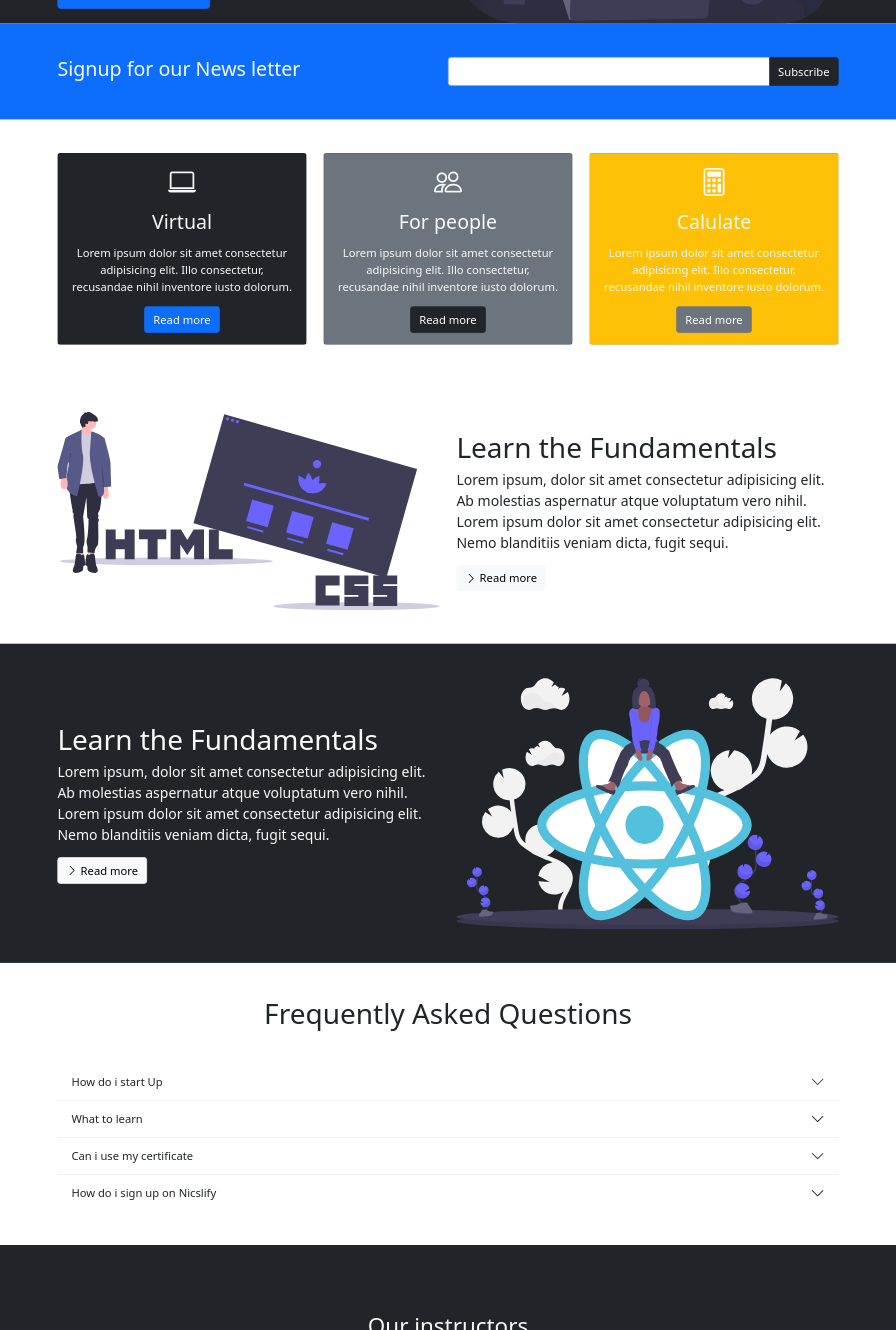
Repository: Eugene44-hub/enrollment-site
Page: index.html
These files come from the project's save history. The page is drawn as it stood at one moment and after the next save; the edit follows.
The browser window is 1280 px wide. The pictures show the part of the page from y = 382 to 2282 px (the page is 2751 px tall before and 2703 px after), at 70% of full size.
A picture or video elsewhere on the page could not be fetched, so the positions and the page height are approximate. Some web libraries are served in a nearby version.

Above is the page before, as saved 2021-10-21 02:09:45.

After the next save:
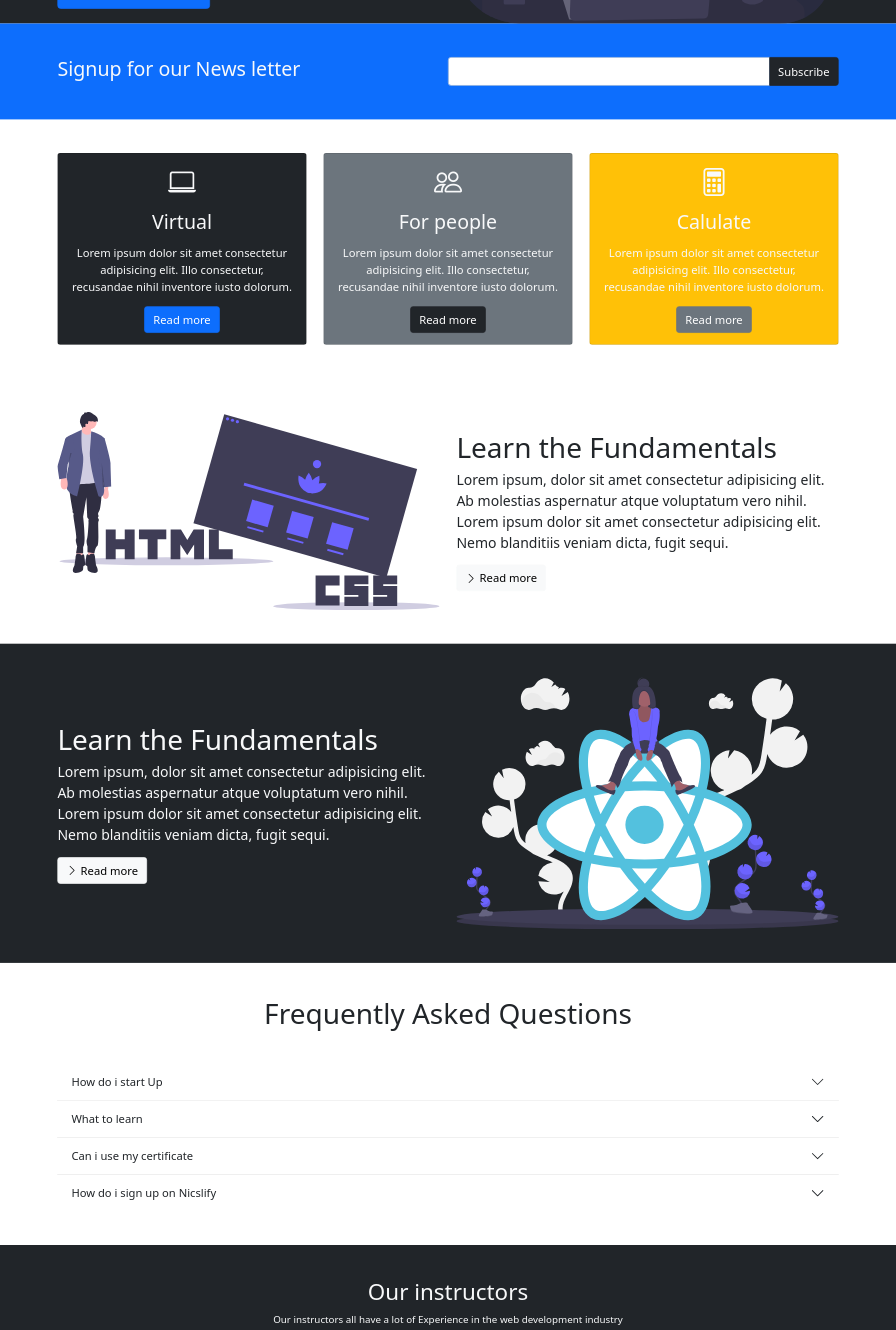
Saved 13 s later.
--- a/index.html
+++ b/index.html
@@ -226,7 +226,7 @@
     <!--Instructors starts  -->
     <section class="bg-dark p-5 text-light text-center">
         <div class="container">
-            <header class="my-5">
+            <header class="mb-5">
                 <h2>Our instructors</h2>
                 <small>Our instructors all have a lot of Experience in the web development industry</small>
             </header>
